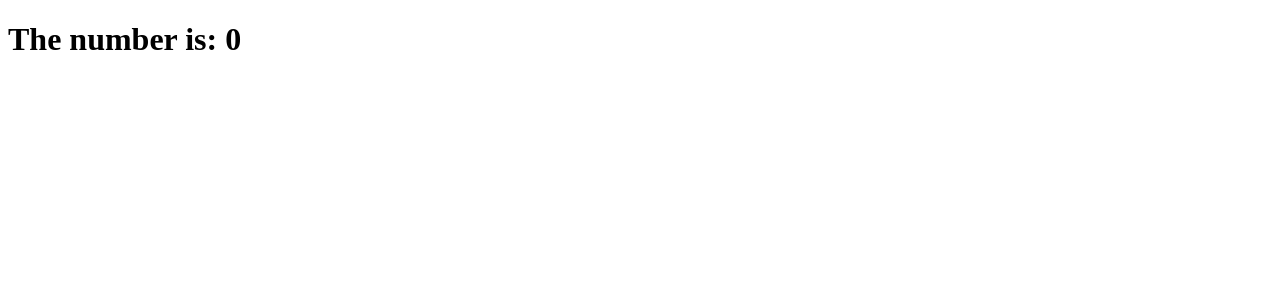
Repository: WISUNGWON/movie_app_2020
Page: /
The author's editor kept a copy of each file at every save. The page is drawn from the files as they stood at one save, then again after the next save.
The browser window is 1280 px wide. The pictures show the whole page.
The project was rebuilt for these pictures with package versions that can differ from the ones it lists, and the page was loaded fresh each time.

Above is the page before, as saved 2020-12-04 17:42:47.

After the next save:
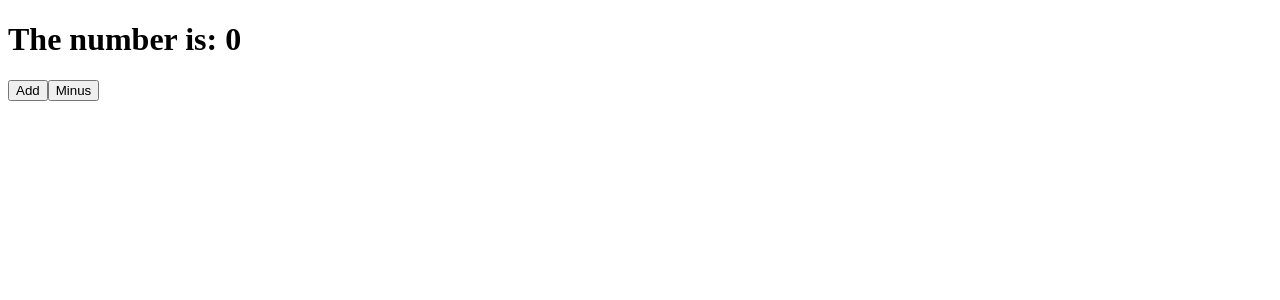
Saved 94 s later.
--- a/src/App.js
+++ b/src/App.js
@@ -5,7 +5,13 @@ class App extends React.Component {
     count: 0,
   };
   render() {
-    return <h1>The number is: {this.state.count}</h1>;
+    return (
+      <div>
+        <h1>The number is: {this.state.count}</h1>
+        <button>Add</button>
+        <button>Minus</button>
+      </div>
+    );
   }
 }
 
